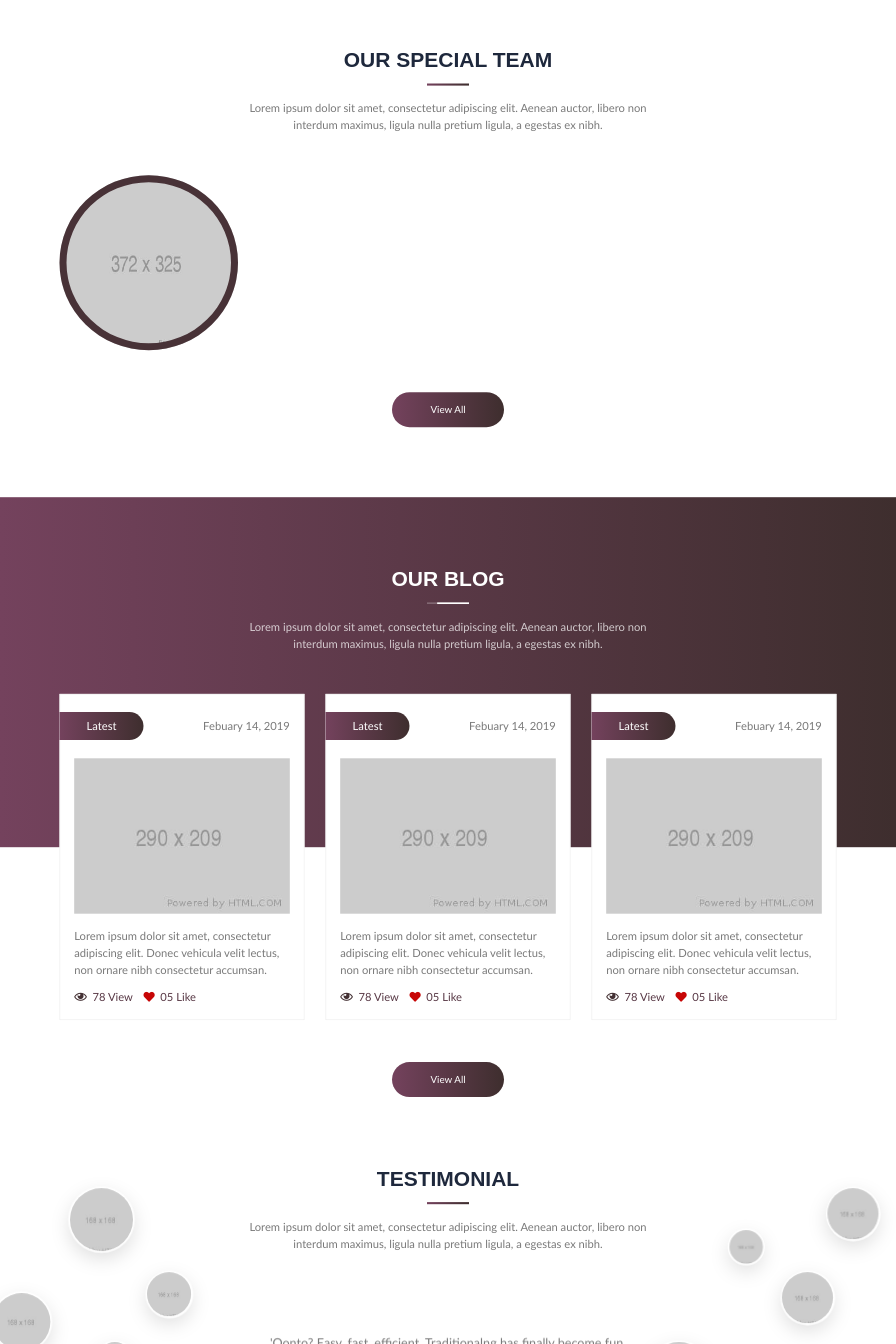
Repository: maqsudov0371/vazifa7oy10dars
Page: http://localhost/
The author's editor kept a copy of each file at every save. The page is drawn from the files as they stood at one save, then again after the next save.
The browser window is 1280 px wide. The pictures show the part of the page from y = 3586 to 5506 px (the page is 7058 px tall before and 6748 px after), at 70% of full size.
Backgrounds fixed to the window are drawn as part of the page. Some web fonts or font styles are not loaded; a fallback is used. The page is served by the project's application, run on Django 4.2 (manage.py). The page reads the database file committed with the project. Queries for data that is not in the repository find no rows.

Above is the page before, as saved 2024-09-11 15:24:41.

After the next save:
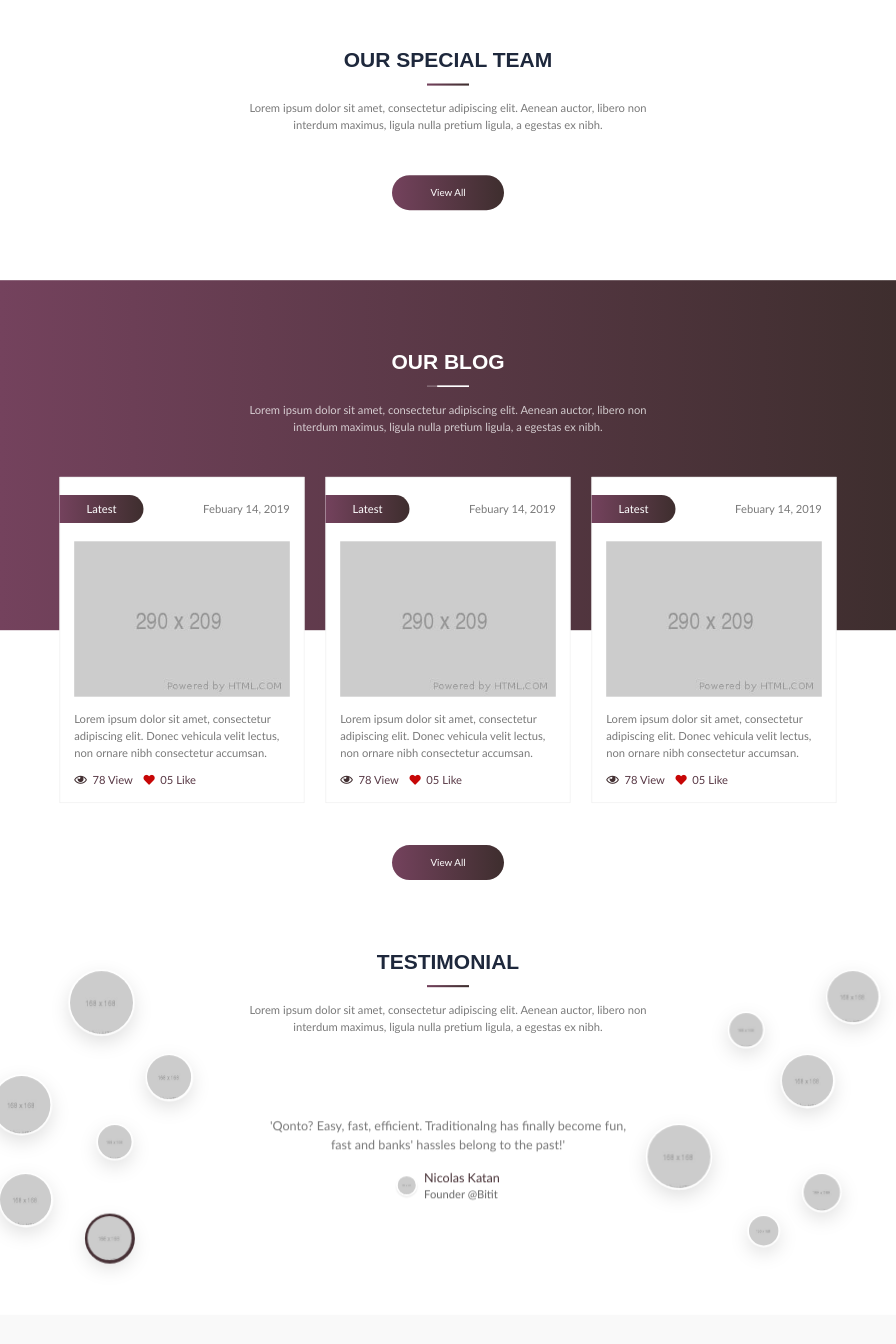
Saved 6 s later.
--- a/main/templates/main/components/_team_wrapper.html
+++ b/main/templates/main/components/_team_wrapper.html
@@ -8,26 +8,27 @@
                             <br>interdum maximus, ligula nulla pretium ligula, a egestas ex nibh.</p>
                     </div>
                 </div>
-                <div class="col-xl-3 col-lg-3 col-md-6 col-sm-6 col-12 self_align_center">
-                    <div class="edu_team_main_box">
-                        <h3><a href="#">Jacklen Fandores</a></h3>
-                        <p>Web Designer</p>
-                        <ul>
-                            <li><a href="#"><i class="fab fa-facebook-f"></i></a>
-                            </li>
-                            <li><a href="#"><i class="fab fa-twitter"></i></a>
-                            </li>
-                            <li><a href="#"><i class="fab fa-youtube"></i></a>
-                            </li>
-                            <li><a href="#"><i class="fab fa-linkedin-in"></i></a>
-                            </li>
-                        </ul>
-                        <div class="edu_team_inner_box">
-                            <img src="/static/images/it1.jpg" alt="img">
+                {% for teacher in teachers %}
+                    <div class="col-xl-3 col-lg-3 col-md-6 col-sm-6 col-12 self_align_center">
+                        <div class="edu_team_main_box">
+                            <h3><a href="#">{{ teacher.name }}</a></h3>
+                            <p>{{ teacher.title }}</p>
+                            <ul>
+                                <li><a href="#"><i class="fab fa-facebook-f"></i></a>
+                                </li>
+                                <li><a href="#"><i class="fab fa-twitter"></i></a>
+                                </li>
+                                <li><a href="#"><i class="fab fa-youtube"></i></a>
+                                </li>
+                                <li><a href="#"><i class="fab fa-linkedin-in"></i></a>
+                                </li>
+                            </ul>
+                            <div class="edu_team_inner_box">
+                                <img src="{{ teacher.image.url }}" alt="img">
+                            </div>
                         </div>
                     </div>
-                </div>
-
+                {% endfor %}
                 <div class="col-md-12">
                     <div class="edu_bottom_btn_wrapper float_left"> <a href="#">View All</a>
                     </div>
